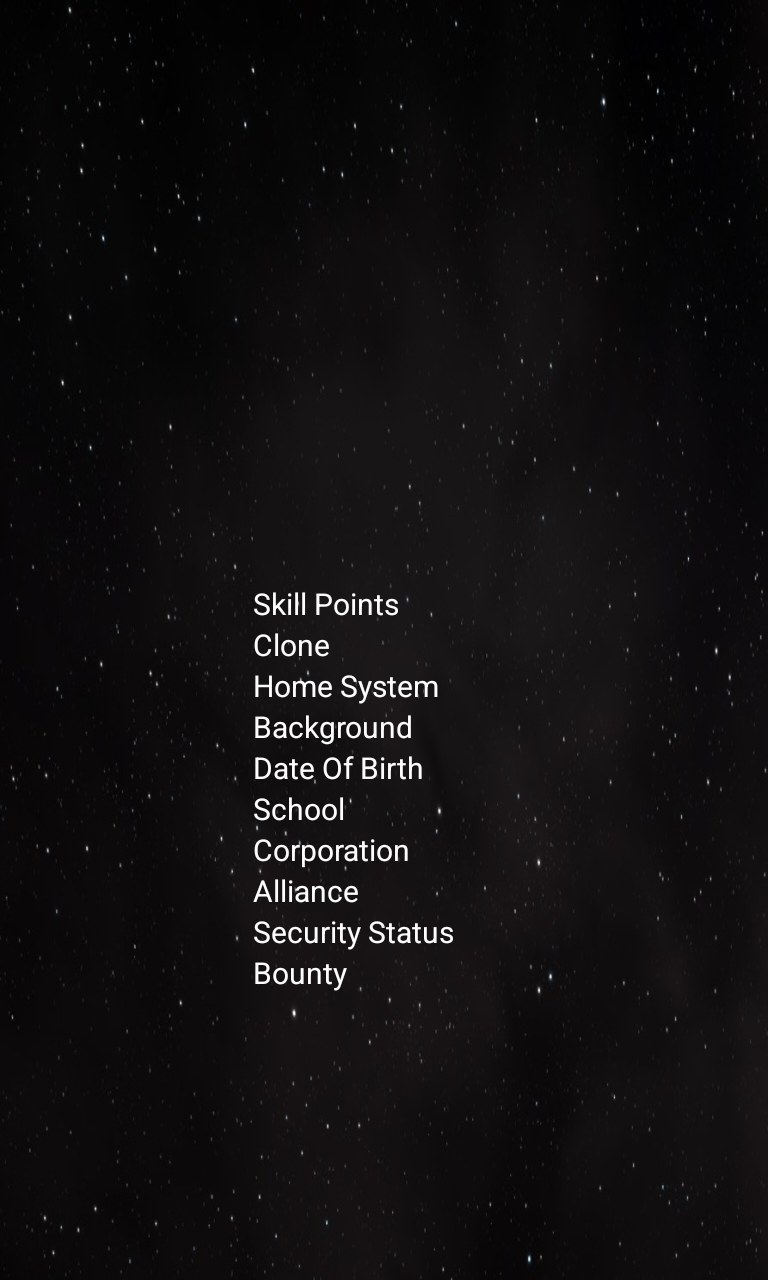
Repository: w9jds/Android-EveProfiler
Layout: EveProfiler/res/layout/fragment_main_dummy.xml
An editor plug-in stored every save of this project. The layout is shown before and after the next save, followed by the edit.
It is drawn on a 768 x 1280 px phone screen (xhdpi) without system bars, with theme AppTheme; the app's code is not run.

Above is the layout before, as saved 2013-05-13 01:38:15.

After the next save:
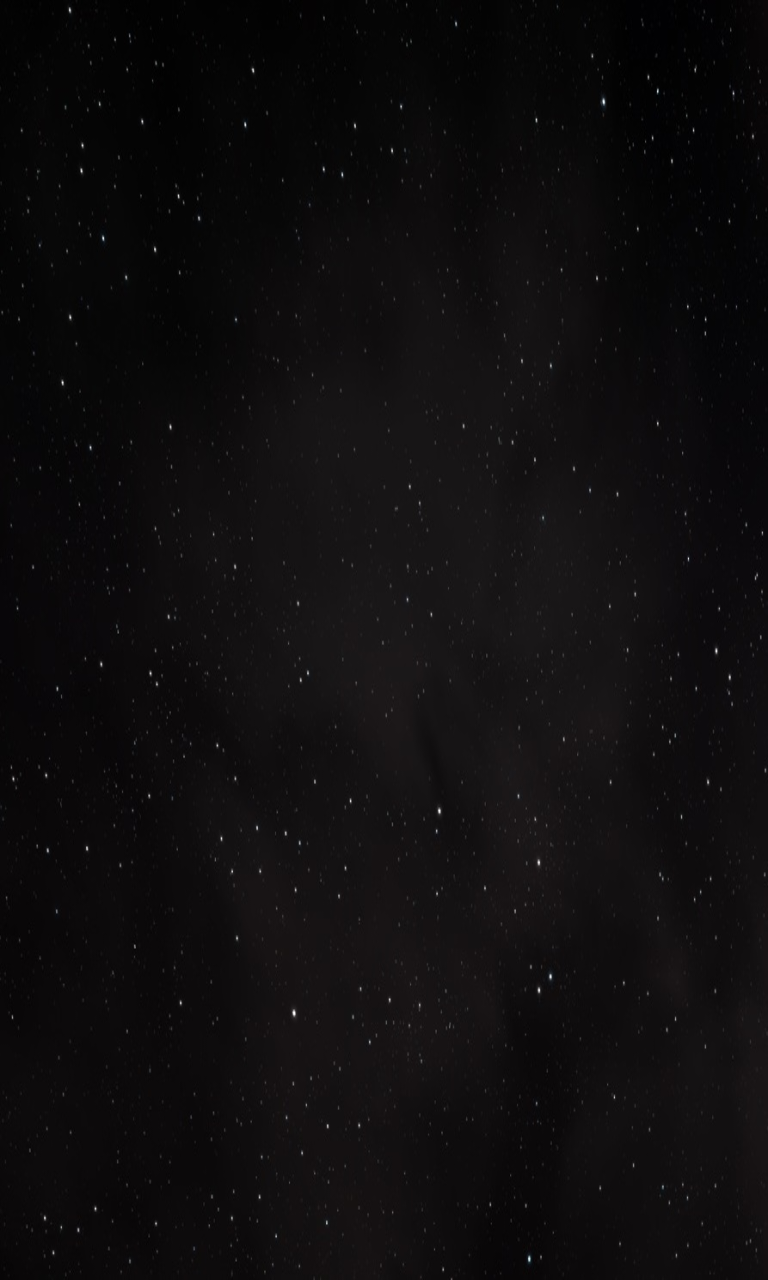
Saved 20 min 17 s later.
--- a/EveProfiler/res/layout/fragment_main_dummy.xml
+++ b/EveProfiler/res/layout/fragment_main_dummy.xml
@@ -9,15 +9,7 @@
     tools:context=".MainActivity$DummySectionFragment"
     android:background="@drawable/backgroundtoon">
 
-    <GridLayout
-        android:id="@+id/MainGrid"
-        android:layout_width="fill_parent"
-        android:layout_height="fill_parent"
-        android:layout_centerVertical="true"
-        android:columnCount="2"
-        android:rowCount="2"
-        tools:targetApi="14"
-        android:orientation="vertical">
+    <LinearLayout >
 
         <ImageView
             android:id="@+id/CapsuleerPortrait"
@@ -200,8 +192,8 @@
 			    android:layout_column="1"
 			    android:textSize="15sp"/>
 
+		</GridLayout>
 
+    </LinearLayout>
 
-		</GridLayout>
-    </GridLayout>
 </RelativeLayout>
